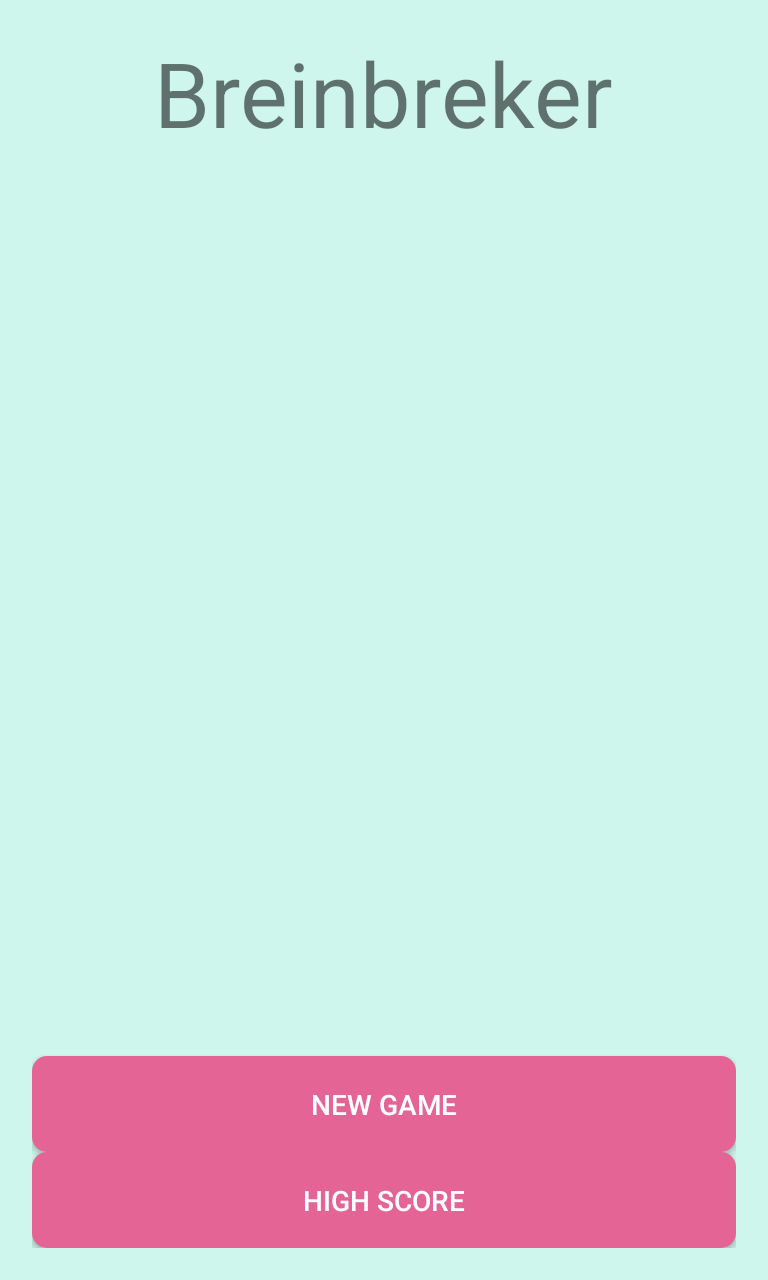
Repository: jelleswester/Breinbreker
Layout: Breinbreker/res/layout/activity_start_screen.xml
These files come from the project's save history. The layout is drawn as it stood at one moment and after the next save; the edit follows.
It is drawn on a 768 x 1280 px phone screen (xhdpi) without system bars, with theme AppTheme; the app's code is not run.

Above is the layout before, as saved 2015-01-28 15:30:32.

After the next save:
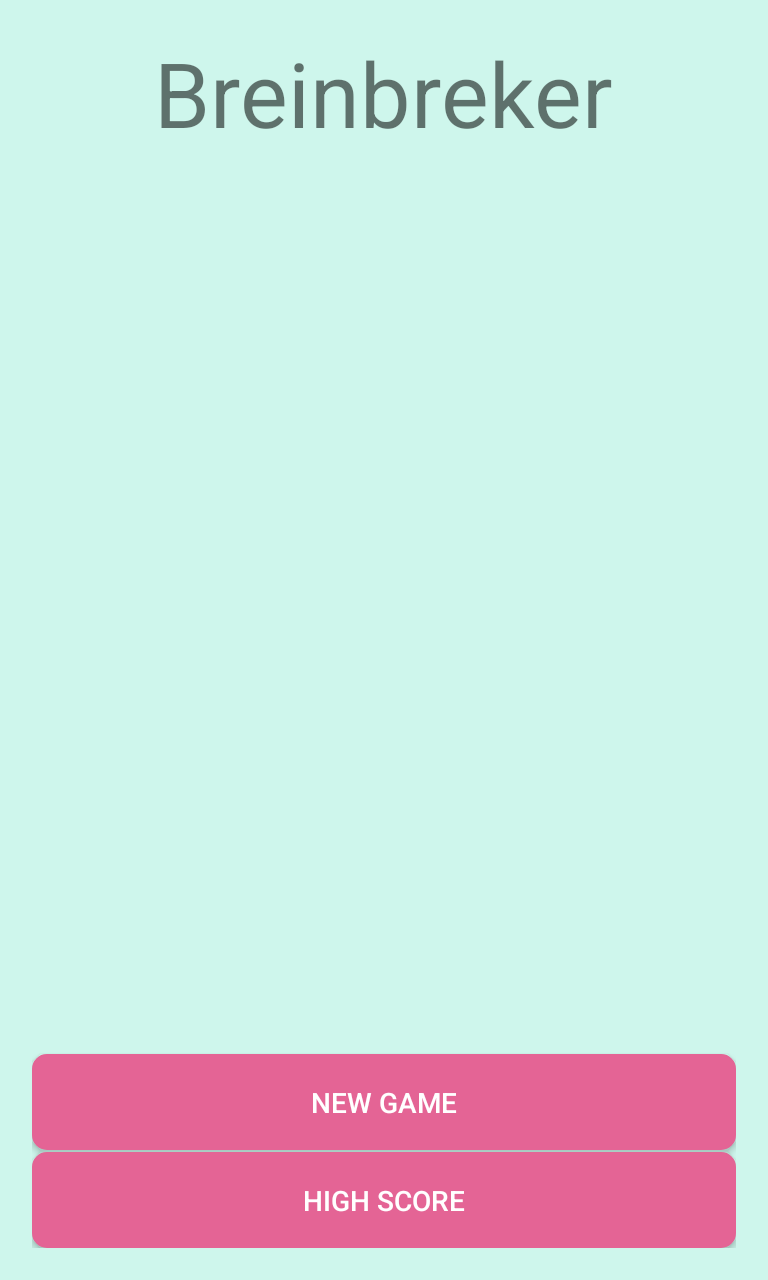
Saved 21 min 1 s later.
--- a/Breinbreker/res/layout/activity_start_screen.xml
+++ b/Breinbreker/res/layout/activity_start_screen.xml
@@ -28,7 +28,8 @@
         android:onClick="highScoreButton"
         android:background="@drawable/button_shape"
         android:textColor="@color/white"
-        android:text="@string/high_score" />
+        android:text="@string/high_score"
+        android:layout_marginTop="1dp" />
 
     <Button
         android:id="@+id/newGameButton"
